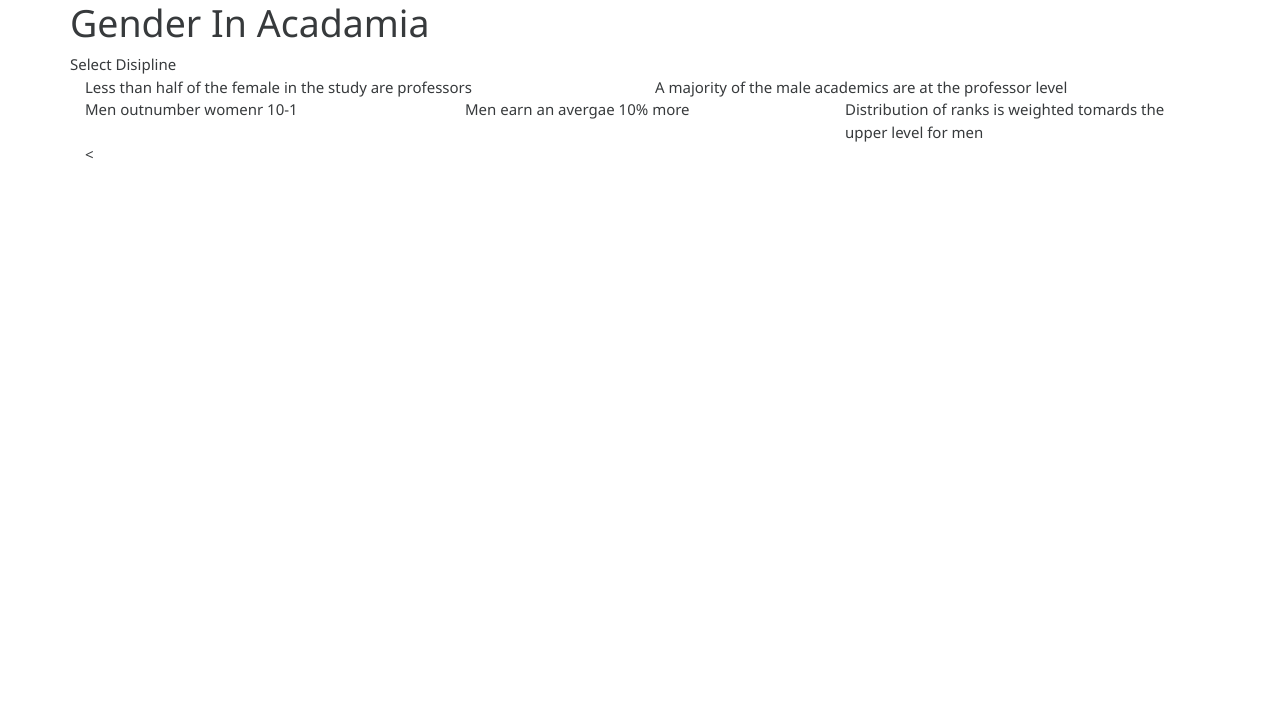
Repository: Angie55/dashboard-mini-project
Page: index.html
The author's editor kept a record of every edit. The page is drawn from the files as they stood at one moment, then again after the next edit.
The browser window is 1280 px wide. The pictures show the whole page.

Above is the page before.
Console error: SyntaxError: missing ) after argument list

After the next edit:
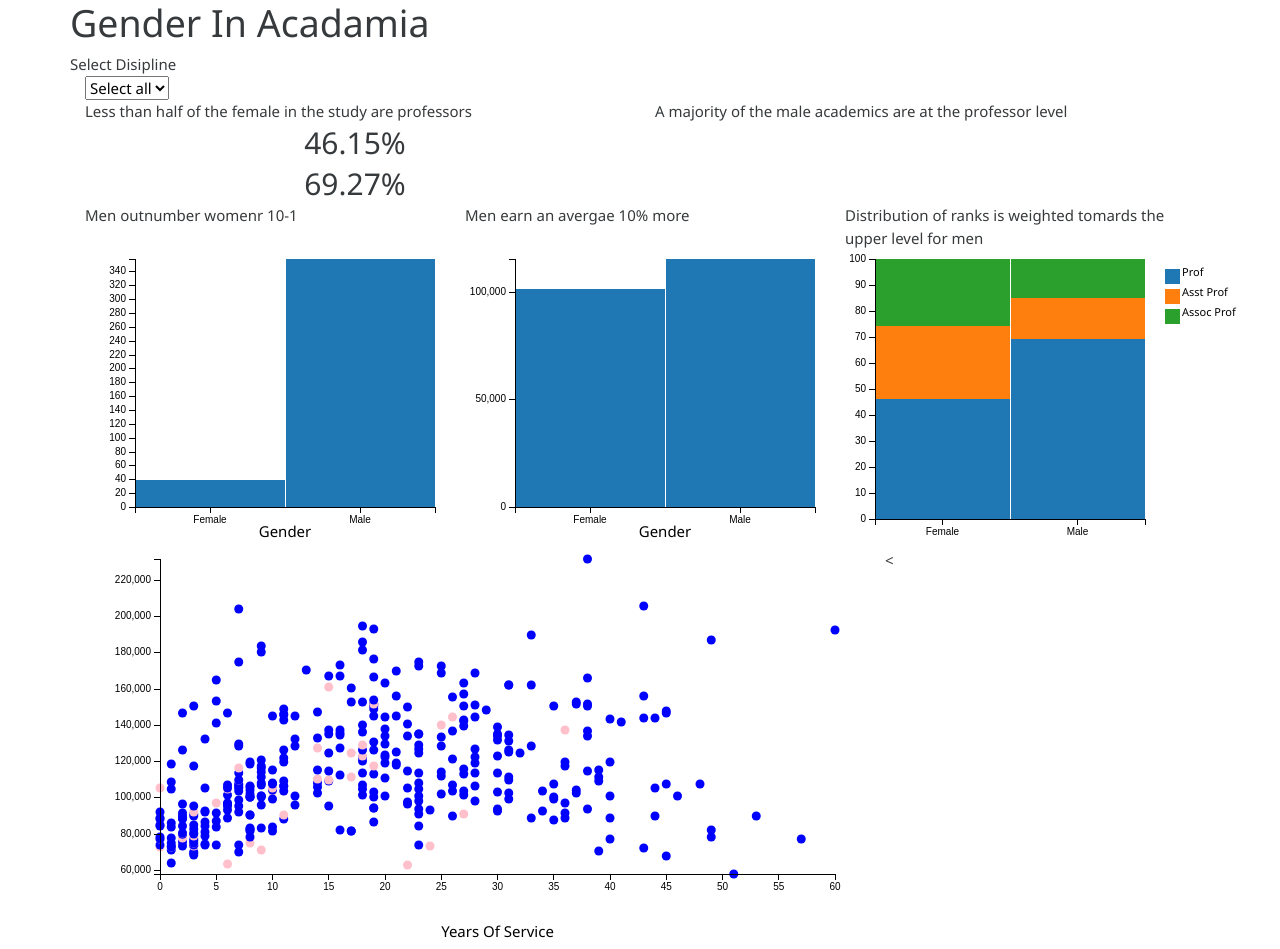
The error is gone.
The edit:
--- a/static/js/graph.js
+++ b/static/js/graph.js
@@ -213,7 +213,7 @@
         })
         .colorAccessor(function(d) {
             return d.key[3];
-        }
+        })
         .colors(genderColors)
         .dimension(experienceDim)
         .group(experienceSalaryGroup)
